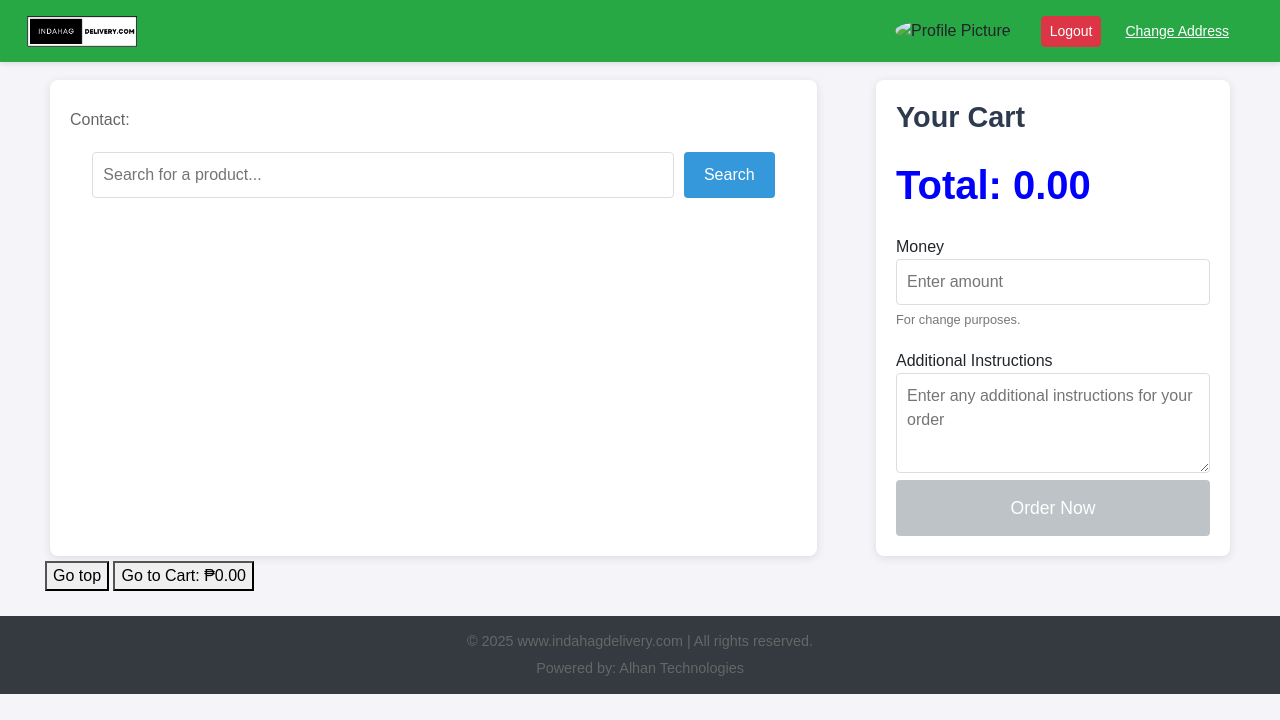
Repository: Jijiluzana225/indahagdelivery.com
Page: store/templates/store/store_products.html
These files come from the project's save history. The page is drawn as it stood at one moment and after the next save; the edit follows.
The browser window is 1280 px wide. The pictures show the whole page.
The template is drawn by Django 5.2. The application's start-up code is not run. Other server files are loaded and not shown. The template is opened directly, without the code that normally fills it, so the values that code supplies are empty.

Above is the page before, as saved 2025-01-23 12:33:52.

### store/templates/store/store_products.html
{% extends 'store/base.html' %}

{% block title %}Order from {{ store.name }}{% endblock %}

{% block content %}

<style>
    /* General Styles */
    body {
        font-family: Arial, sans-serif;
        margin: 0;
        padding: 0;
        background-color: #f4f4f9;
    }

    h1, h2, h3 {
        color: #333;
        font-weight: 600;
    }

    p {
        font-size: 1rem;
        color: #666;
        margin-bottom: 0.5rem;
    }

    /* Container for left and right columns */
    .container {
        display: flex;
        justify-content: space-between;
        padding: 5px;
        max-width: 1200px;
        margin: 0 auto;
        flex-wrap: wrap;
    }

    /* Left column - product listing */
    .left-column {
        width: 65%;
        padding: 20px;
        background-color: #fff;
        box-shadow: 0 2px 10px rgba(0, 0, 0, 0.1);
        border-radius: 8px;
        overflow: hidden;
    }

    .left-column h1 {
        font-size: 2rem;
        color: #2e3b4e;
    }

    .left-column p {
        font-size: 1rem;
        margin-bottom: 20px;
    }

    .search-box {
        margin-bottom: 20px;
        display: flex;
        justify-content: center;
    }

    .search-box input {
        width: 80%;
        padding: 10px;
        font-size: 1rem;
        border-radius: 4px;
        border: 1px solid #ddd;
        margin-right: 10px;
    }

    .search-box button {
        background-color: #3498db;
        color: #fff;
        padding: 10px 20px;
        border: none;
        border-radius: 4px;
        cursor: pointer;
    }

    .search-box button:hover {
        background-color: #2980b9;
    }

    .products {
        display: grid;
        grid-template-columns: repeat(auto-fill, minmax(250px, 1fr));
        gap: 20px;
    }

    /* Individual Product Cards */
    .product-card {
        background-color: #fff;
        border: 1px solid #ddd;
        border-radius: 8px;
        padding: 15px;
        box-shadow: 0 2px 8px rgba(0, 0, 0, 0.1);
        text-align: center;
        transition: transform 0.3s ease, box-shadow 0.3s ease;
    }

    .product-card:hover {
        transform: scale(1.05);
        box-shadow: 0 4px 16px rgba(0, 0, 0, 0.2);
    }

    .product-card img {
        max-width: 100%;
        height: auto;
        border-radius: 8px;
    }

    .product-card h3 {
        font-size: 1.2rem;
        color: #2e3b4e;
        margin: 10px 0;
    }

    .product-card p {
        font-size: 0.9rem;
        color: #777;
    }

    .product-card .formatted-price {
        font-size: 1.1rem;
        color: #e74c3c;
        font-weight: bold;
    }

    .product-card button {
        background-color: #28a745;
        color: #fff;
        padding: 10px 20px;
        border: none;
        border-radius: 4px;
        cursor: pointer;
        font-size: 1rem;
        transition: background-color 0.3s ease;
    }

    .product-card button:hover {
        background-color: #218838;
    }

    /* Spacing Between Qty and Add to Cart button */
    .product-card label {
        display: block;
        margin-bottom: 5px;
        font-size: 0.9rem;
        color: #555;
    }

    .product-card input[type="number"] {
        width: 60px;
        padding: 5px;
        margin-bottom: 15px; /* Space between input and button */
        border-radius: 4px;
        border: 1px solid #ddd;
        text-align: center;
        font-size: 1rem;
    }

    /* Right Column - Cart */
    .right-column {
        width: 30%;
        padding: 20px;
        background-color: #fff;
        box-shadow: 0 2px 10px rgba(0, 0, 0, 0.1);
        border-radius: 8px;
        position: sticky;
        top: 20px;
    }

    .right-column h2 {
        font-size: 1.8rem;
        color: #2e3b4e;
        margin-bottom: 20px;
    }

    .cart-items {
        margin-bottom: 20px;
    }

    .cart-item {
        display: flex;
        justify-content: space-between;
        align-items: center;
        padding: 10px 0;
        border-bottom: 1px solid #ddd;
    }

    .cart-item p {
        font-size: 0.85rem; /* Smaller font size */
        color: #333;
    }

    .cart-item input {
        width: 50px;
        padding: 5px;
        border-radius: 4px;
        border: 1px solid #ddd;
        text-align: center;
    }

    .cart-item button {
        background-color: #e74c3c;
        color: #fff;
        border: none;
        padding: 5px 10px;
        border-radius: 4px;
        cursor: pointer;
    }

    .cart-item button:hover {
        background-color: #c0392b;
    }

    .cart-total {
        font-size: 0.9rem; /* Smaller font size */
        font-weight: bold;
        color: #333;
        margin-top: 20px;
    }

    .money-input {
        margin-top: 20px;
    }

    .money-input input {
        width: 100%;
        padding: 10px;
        border-radius: 4px;
        border: 1px solid #ddd;
    }

    .money-input small {
        font-size: 0.8rem;
        color: #777;
        display: block;
        margin-top: 5px;
    }

    .additional-instructions {
        margin-top: 20px;
    }

    .additional-instructions textarea {
        width: 100%;
        height: 100px;
        padding: 10px;
        border-radius: 4px;
        border: 1px solid #ddd;
        font-size: 1rem;
    }

    .order-button {
        background-color: #3498db;
        color: #fff;
        border: none;
        padding: 15px 20px;
        font-size: 1.1rem;
        border-radius: 4px;
        width: 100%;
        cursor: pointer;
        transition: background-color 0.3s ease;
    }

    .order-button:disabled {
        background-color: #bdc3c7;
        cursor: not-allowed;
    }

    .order-button:hover:not(:disabled) {
        background-color: #2980b9;
    }

    /* Responsive Design */
    /* Responsive Design */
@media (max-width: 768px) {
    .container {
        flex-direction: column;
        align-items: center;
    }

    .left-column, .right-column {
        width: 100%;
        margin-bottom: 20px;
    }

    .products {
        grid-template-columns: repeat(2, 1fr); /* Two columns on smaller screens */
        gap: 10px; /* Adjust spacing for smaller screens */
    }

    .store-header {
        display: flex;
        flex-direction: column;
        align-items: center;
        text-align: center;
        margin-bottom: 20px;
    }

    .store-header h1 {
        font-size: 2rem;
        color: #2e3b4e;
        margin-bottom: 10px;
    }

    .store-header p {
        font-size: 1rem;
        color: #666;
    }

    .product-card img {
        max-width: 80%;  /* Adjust this percentage to control the size */
        height: auto;
        border-radius: 8px;
    }

    .cart-items {
        font-size: 0.75rem; /* Smaller font size */
    }

    .cart-item p {
        font-size: 0.75rem; /* Smaller font size for cart item text */
    }


    /* Fixed Go to Cart Box */
    .go-to-cart-box {
        position: fixed;
        bottom: 20px;
        right: 20px;
        background-color: #3498db;
        color: #fff;
        padding: 15px 30px;
        border-radius: 8px;
        font-size: 1rem;
        cursor: pointer;
        box-shadow: 0 2px 10px rgba(0, 0, 0, 0.1);
        transition: background-color 0.3s ease;
    }

    /* Fixed Position Go to Cart Button */
.go-to-cart {
    position: fixed;
    bottom: 20px;
    right: 20px;
    background-color: #3498db;
    padding: 15px 25px;
    border-radius: 50px;
    color: white;
    font-size: 1rem;
    box-shadow: 0 5px 15px rgba(0, 0, 0, 0.2);
    cursor: pointer;
    z-index: 1000;
}

.go-to-cart button {
    background-color: transparent;
    border: none;
    color: white;
    font-size: 1rem;
    cursor: pointer;
}

.go-to-cart button:hover {
    background-color: #2980b9;
}



}



</style>

<div class="container">
    <div class="left-column">
        <div class="store-header">
        <h1>{{ store.name }}</h1>
        <p>Contact: {{ store.contact_number }}</p>
        </div>
        <!-- Search Box -->
        <div class="search-box">
            <input type="text" id="searchBox" placeholder="Search for a product..." onkeyup="filterProducts()">
            <button>Search</button>
        </div>

        <div class="products" id="products-list">
            {% for item in items %}
            <div class="product-card" data-name="{{ item.product.name|lower }}">
                <img src="{{ item.product.picture.url }}" alt="{{ item.product.name }}">
                <h3>{{ item.product.name }}</h3>
                <p>{{ item.product.description }}</p>
                <p>Price: <span class="formatted-price">{{ item.product.price }}</span></p>
                <label for="quantity-{{ item.id }}">Qty:</label>
                <input type="number" id="quantity-{{ item.id }}" name="quantity" min="1" value="1">
                <button onclick="addToCart({{ item.id }}, '{{ item.product.name }}', {{ item.product.price }})">Add to Cart</button>
            </div>
            {% endfor %}
        </div>
    </div>

    <!-- Right column (cart) -->
    <div class="right-column">
        <h2>Your Cart</h2>
        <div class="cart-items" id="cart-items"></div>
        <div class="cart-total" id="cart-total" style="font-size:40px; color:blue";>Total: 0.00</div>

       <div class="money-input">
            <label for="money">Money</label>
            <input type="number" id="money" name="money" placeholder="Enter amount">
            <small>For change purposes.</small>
        </div>

        <!-- Additional Instructions Section -->
        <div class="additional-instructions">
            <label for="additional-instructions">Additional Instructions</label>
            <textarea id="additional-instructions" placeholder="Enter any additional instructions for your order"></textarea>
        </div>

        <!-- Order Now Button -->
        <button class="order-button" id="orderButton" onclick="proceedToCheckout()" disabled>Order Now</button>
    </div>
</div>

<div class="go-to-cart">
    <button onclick="scrollToCart()">Go top</button>
    <button onclick="scrollToCart()">Go to Cart: <span id="go-to-cart-total">₱0.00</span></button>
</div>

<script>



    // Function to update the cart total on the button
    function updateGoToCartButton() {
        const total = calculateTotalPrice();
        const formattedTotal = new Intl.NumberFormat('en-PH', {
            style: 'currency',
            currency: 'PHP',
            minimumFractionDigits: 2,
            maximumFractionDigits: 2
        }).format(total);

        document.getElementById('go-to-cart-total').innerText = formattedTotal;
    }

    // Function to scroll to the right-column (cart)
    function scrollToCart() {
        const cartSection = document.querySelector('.right-column');
        cartSection.scrollIntoView({ behavior: 'smooth' });
    }

    // Add this line inside your `addToCart()` function or any function that modifies the cart
   function renderCart() {
    const cartItemsContainer = document.getElementById('cart-items');
    const cartTotal = document.getElementById('cart-total');
    const orderButton = document.getElementById('orderButton');
    cartItemsContainer.innerHTML = '';
    let total = 0;

    // Loop through cart items and sum the total
    cart.forEach(item => {
        const itemTotal = item.price * item.quantity;
        total += itemTotal;

        cartItemsContainer.innerHTML += `
            <div class="cart-item">
                <p>${item.name}</p>
                <p>Price: ${formatPrice(item.price)}</p>
                <input type="number" min="1" value="${item.quantity}" onchange="updateCartItem(${item.id}, this.value)">
                <p>${formatPrice(itemTotal)}</p>
                <button onclick="deleteCartItem(${item.id})">×</button>
            </div>
        `;
    });

    // Add delivery fee to the total
    total += deliveryFee;

    // Update the total price display
    cartTotal.innerText = `Total: ${formatPrice(total)} (Including Delivery Fee: ${formatPrice(deliveryFee)})`;

    // Update "Go to Cart" button with new total
    updateGoToCartButton();

    // Enable the "Order Now" button only if the cart is not empty
    orderButton.disabled = cart.length === 0;
}


    function calculateTotalPrice() {
        return cart.reduce((total, item) => total + item.price * item.quantity, 0);
    }
</script>

<script>
    let cart = [];
    let deliveryFee = 50.00;  // Fixed delivery fee


    function formatPrice(price) {
        return new Intl.NumberFormat('en-US', { minimumFractionDigits: 2, maximumFractionDigits: 2 }).format(price);
    }

    function addToCart(itemId, itemName, itemPrice) {
        const quantity = parseInt(document.getElementById(`quantity-${itemId}`).value);
        const existingItem = cart.find(item => item.id === itemId);

        if (existingItem) {
            existingItem.quantity += quantity;
        } else {
            cart.push({ id: itemId, name: itemName, price: itemPrice, quantity: quantity });
        }

        renderCart();
    }

    function updateCartItem(itemId, newQuantity) {
        const item = cart.find(item => item.id === itemId);
        if (item) {
            item.quantity = newQuantity;
            renderCart();
        }
    }

    function deleteCartItem(itemId) {
        cart = cart.filter(item => item.id !== itemId);
        renderCart();
    }

    function renderCart() {
    const cartItemsContainer = document.getElementById('cart-items');
    const cartTotal = document.getElementById('cart-total');
    const orderButton = document.getElementById('orderButton');
    cartItemsContainer.innerHTML = '';
    let total = 0;

    // Loop through cart items and sum the total
    cart.forEach(item => {
        const itemTotal = item.price * item.quantity;
        total += itemTotal;

        cartItemsContainer.innerHTML += `
            <div class="cart-item">
                <p>${item.name}</p>
                <p>Price: ${formatPrice(item.price)}</p>
                <input type="number" min="1" value="${item.quantity}" onchange="updateCartItem(${item.id}, this.value)">
                <p>${formatPrice(itemTotal)}</p>
                <button onclick="deleteCartItem(${item.id})">×</button>
            </div>
        `;
    });

    // Add delivery fee to the total
    total += deliveryFee;

    // Update the total price display
    cartTotal.innerText = `Total: ${formatPrice(total)} (Including Delivery Fee: ${formatPrice(deliveryFee)})`;

    // Update "Go to Cart" button with new total
    updateGoToCartButton();

    // Enable the "Order Now" button only if the cart is not empty
    orderButton.disabled = cart.length === 0;
}

    function calculateTotalPrice() {
        return cart.reduce((total, item) => total + item.price * item.quantity, 0);
    }

    function proceedToCheckout() {
        const storeId = '{{ store.id }}';  // Assuming store.id is available
        const totalPrice = calculateTotalPrice();  // Total price from cart
        const cartItems = cart.map(item => `${item.name},${item.price},${item.quantity}`).join("|");

        const money = document.getElementById('money').value;
        const instructions = document.getElementById('additional-instructions').value;

        // Make the POST request
        fetch('/checkout/', {
            method: 'POST',
            headers: {
                'Content-Type': 'application/x-www-form-urlencoded',
                'X-CSRFToken': '{{ csrf_token }}'  // CSRF token
            },
            body: `store_id=${storeId}&total_price=${totalPrice}&cart_items=${cartItems}&money=${money}&instructions=${instructions}`
        })
        .then(response => response.json())
        .then(data => {
            if (data.success) {
                alert('Order placed successfully!');
                window.location.href = '/dashboard';
            } else {
                alert('There was an error placing your order.');
            }
        })
        .catch(error => console.error('Error:', error));
    }



    function filterProducts() {
        const searchTerm = document.getElementById("searchBox").value.toLowerCase();
        const productCards = document.querySelectorAll(".product-card");

        productCards.forEach(card => {
            const productName = card.getAttribute("data-name");
            if (productName.includes(searchTerm)) {
                card.style.display = "block";
            } else {
                card.style.display = "none";
            }
        });
    }

    function addToCart(itemId, itemName, itemPrice) {
        const quantity = parseInt(document.getElementById(`quantity-${itemId}`).value);
        const existingItem = cart.find(item => item.id === itemId);

        if (existingItem) {
            existingItem.quantity += quantity;
        } else {
            cart.push({ id: itemId, name: itemName, price: itemPrice, quantity: quantity });
        }

        renderCart();

        // Format itemPrice and total price to Philippine Pesos
        const formattedPrice = new Intl.NumberFormat('en-PH', {
            style: 'currency',
            currency: 'PHP',
            minimumFractionDigits: 2,
            maximumFractionDigits: 2
        }).format(itemPrice);

        const cartTotal = document.getElementById('cart-total').innerText;

        // Pop-up message with quantity, product name, formatted price, and cart total
        alert(`${quantity} ${itemName}(s) at ${formattedPrice}\n\nAdded to Cart\n\n${cartTotal}\n\n\nPlease review your CART at the bottom.`);
    }


    function updateOrderStatus(orderId, status) {
        fetch(`/update_order_status/${orderId}/`, {
            method: 'POST',
            headers: {
                'Content-Type': 'application/json',
                'X-CSRFToken': '{{ csrf_token }}'
            },
            body: JSON.stringify({ status: status })
        })
        .then(response => response.json())
        .then(data => {
            if (data.success) {
                alert('Order status updated');
            } else {
                alert('Failed to update status');
            }
        });
    }

    function updateGoToCartButton() {
        const total = calculateTotalPrice(); // Get the updated total of the cart
        const formattedTotal = new Intl.NumberFormat('en-PH', {
            style: 'currency',
            currency: 'PHP',
            minimumFractionDigits: 2,
            maximumFractionDigits: 2
        }).format(total); // Format the total as PHP currency

        document.getElementById('go-to-cart-total').innerText = formattedTotal; // Update the button's total display
    }

    // Function to scroll to the right-column (cart) when the button is clicked
    function scrollToCart() {
        const cartSection = document.querySelector('.right-column');
        cartSection.scrollIntoView({ behavior: 'smooth' });
    }

    // Function to calculate the total price of the cart
    function calculateTotalPrice() {
        return cart.reduce((total, item) => total + item.price * item.quantity, 0); // Sum of item prices * quantities
    }

    // Function to render the updated cart (including updating the "Go to Cart" button)
    function renderCart() {
        const cartItemsContainer = document.getElementById('cart-items');
        const cartTotal = document.getElementById('cart-total');
        const orderButton = document.getElementById('orderButton');
        cartItemsContainer.innerHTML = '';
        let total = 0;

        // Loop through the cart and display each item
        cart.forEach(item => {
            const itemTotal = item.price * item.quantity;
            total += itemTotal;

            cartItemsContainer.innerHTML += `
                <div class="cart-item">
                    <p>${item.name}</p>
                    <p>Price: ${formatPrice(item.price)}</p>
                    <input type="number" min="1" value="${item.quantity}" onchange="updateCartItem(${item.id}, this.value)">
                    <p>${formatPrice(itemTotal)}</p>
                    <button onclick="deleteCartItem(${item.id})">×</button>
                </div>
            `;
        });

        cartTotal.innerText = `Total: ${formatPrice(total)}`; // Update cart total display
        updateGoToCartButton(); // Update the "Go to Cart" button with the new total

        // Enable the "Order Now" button only if the cart is not empty
        orderButton.disabled = cart.length === 0;
    }

    // Function to format price as Philippine Pesos
    function formatPrice(price) {
        return new Intl.NumberFormat('en-PH', { minimumFractionDigits: 2, maximumFractionDigits: 2 }).format(price);
    }


    function proceedToCheckout() {
    const storeId = '{{ store.id }}';  // Assuming store.id is available
    const totalPrice = calculateTotalPrice();  // Total price from cart, including delivery fee
    const cartItems = cart.map(item => `${item.name},${item.price},${item.quantity}`).join("|");

    const money = document.getElementById('money').value;
    const instructions = document.getElementById('additional-instructions').value;

    // Make the POST request
    fetch('/checkout/', {
        method: 'POST',
        headers: {
            'Content-Type': 'application/x-www-form-urlencoded',
            'X-CSRFToken': '{{ csrf_token }}'  // CSRF token
        },
        body: `store_id=${storeId}&total_price=${totalPrice}&cart_items=${cartItems}&money=${money}&instructions=${instructions}&delivery_fee=${deliveryFee}`
    })
    .then(response => response.json())
    .then(data => {
        if (data.success) {
            alert('Order placed successfully!');
            window.location.href = '/dashboard';
        } else {
            alert('There was an error placing your order.');
        }
    })
    .catch(error => console.error('Error:', error));
}


</script>

{% endblock %}

Loaded but not shown: store/templates/store/base.html (146 lines, source omitted)

After the next save:
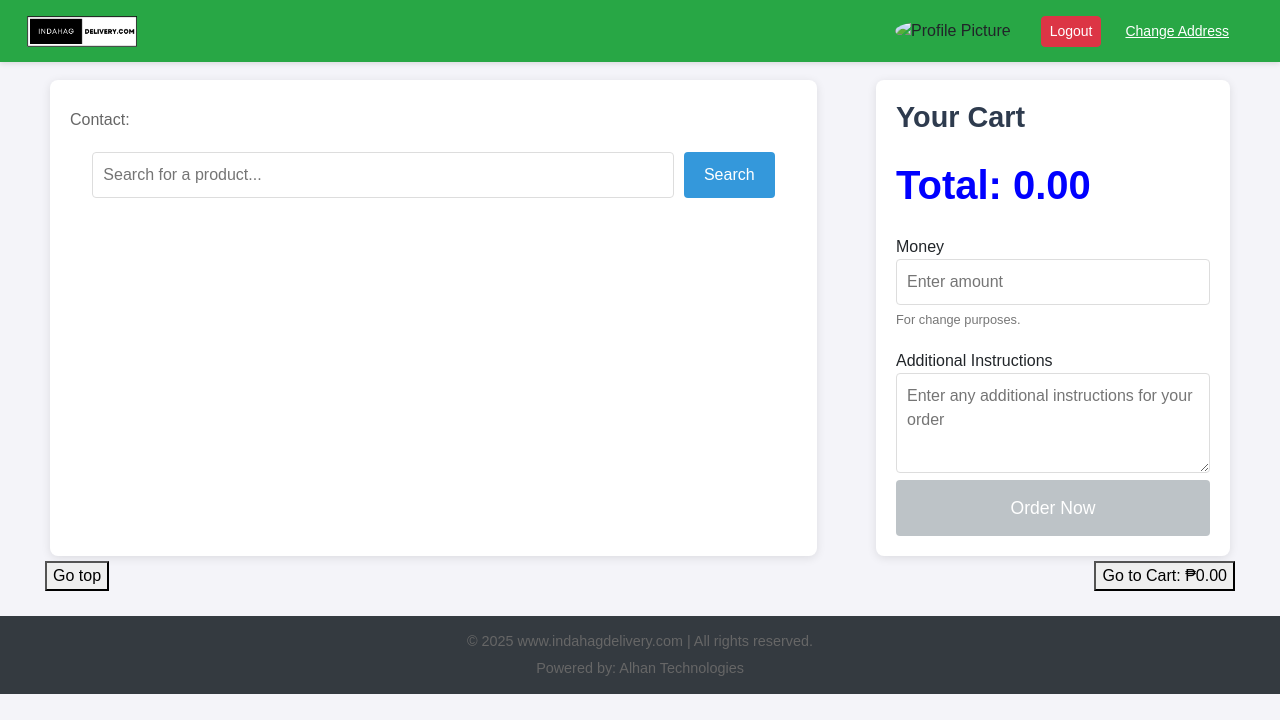
Saved 50 s later.
--- a/store/templates/store/store_products.html
+++ b/store/templates/store/store_products.html
@@ -426,8 +426,9 @@
     </div>
 </div>
 
+<button onclick="scrollToCart()">Go top</button>
 <div class="go-to-cart">
-    <button onclick="scrollToCart()">Go top</button>
+
     <button onclick="scrollToCart()">Go to Cart: <span id="go-to-cart-total">₱0.00</span></button>
 </div>
 
